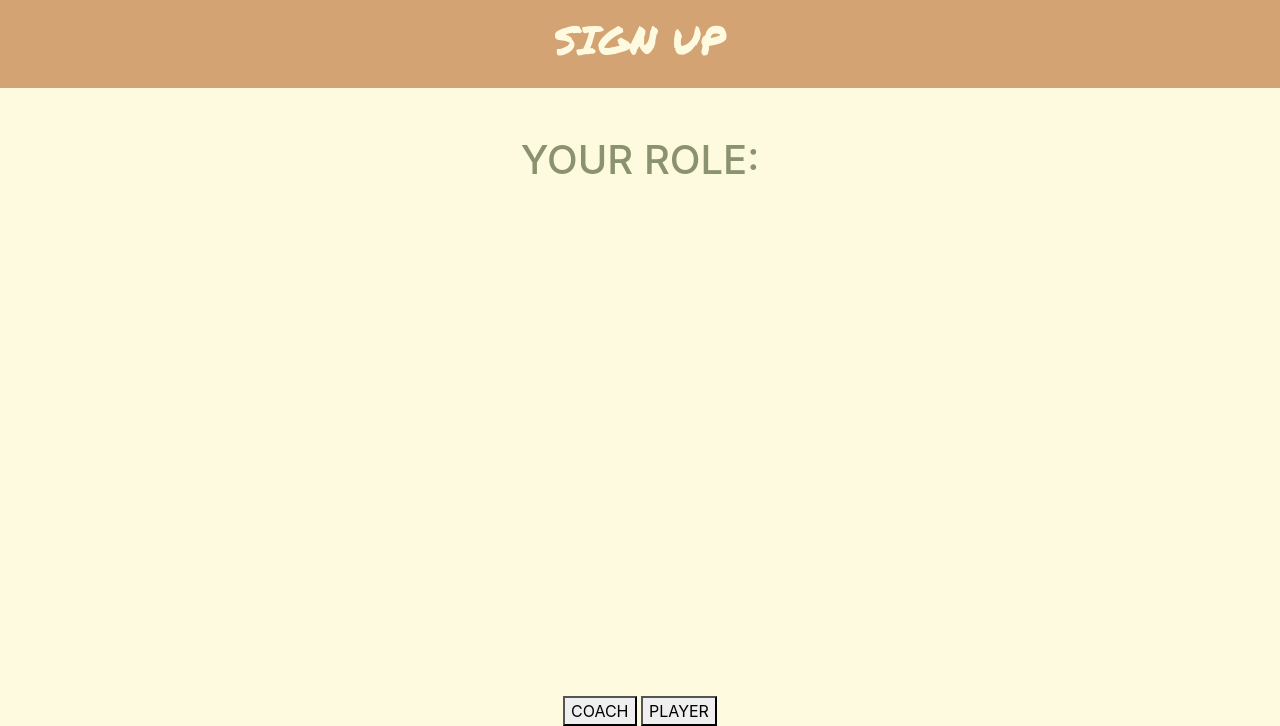
Repository: Aryaholmukhe/treasureHacks
Page: http://localhost/signup
These files come from the project's save history. The page is drawn as it stood at one moment and after the next save; the edit follows.
The browser window is 1280 px wide. The pictures show the whole page.
The page is served by the project's Node server (server.js).

Above is the page before, as saved 2022-03-27 00:27:47.

After the next save:
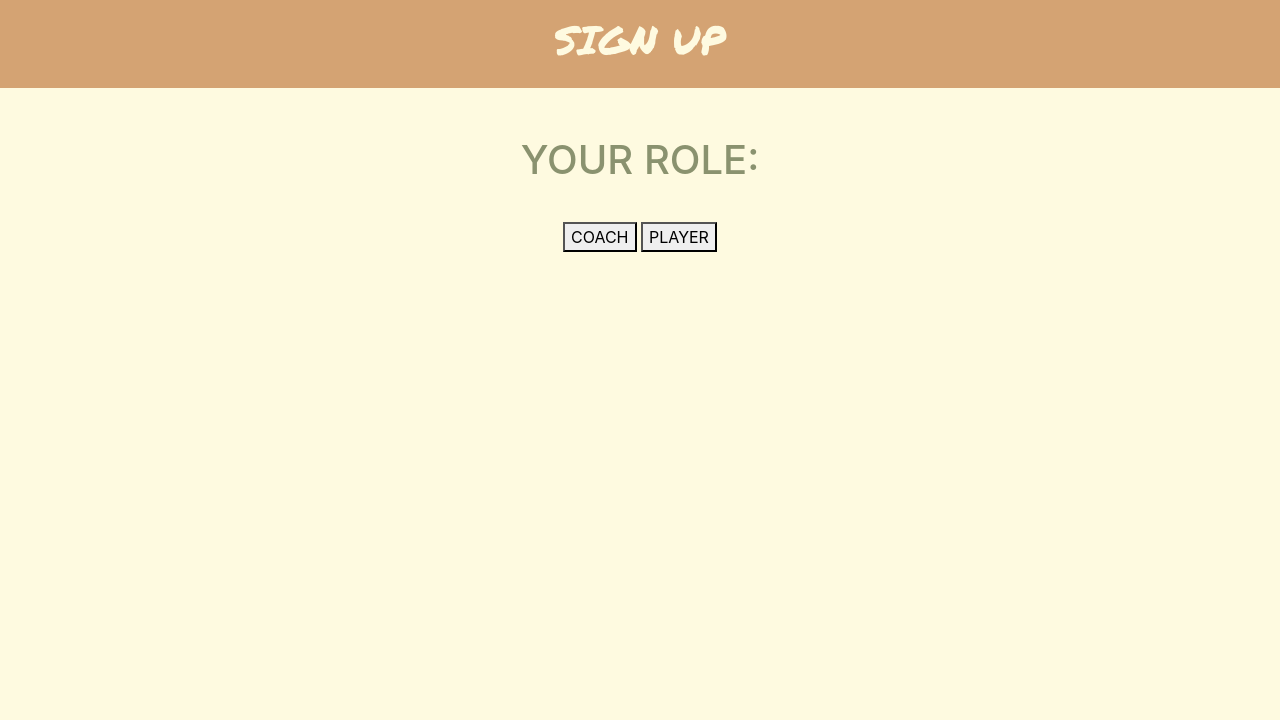
Saved 1 s later.
--- a/views/signup/signup.ejs
+++ b/views/signup/signup.ejs
@@ -19,7 +19,7 @@
 
     <h1 class="text-center mt-5" style="color: #8A926F">YOUR ROLE:</h1>
 
-    <div class="text-center" style="margin-top: 40%">
+    <div class="text-center" style="margin-top: 3%">
     <a href="./coach" ><button name="coach">COACH</button></a>
     <a  href="./player"><button name="player">PLAYER</button></a>
     </div>
